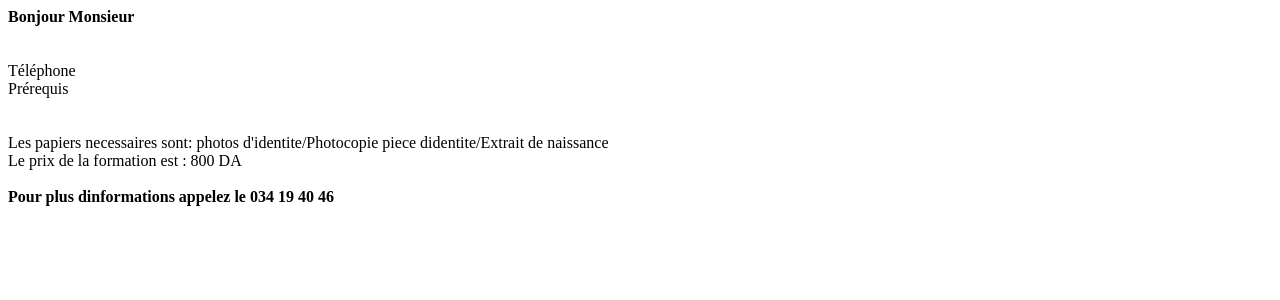
Repository: imouahrani/Gestion-des-stagiaires_JAVAEE
Page: http://localhost/LoginProjet/WEB-INF/Accueil.jsp
An editor plug-in stored every save of this project. The page is shown before and after the next save, followed by the edit.
The browser window is 1280 px wide. The pictures show the whole page.
The page is served by Tomcat 9. Nobody is signed in. Other server files are loaded and not shown. The template is opened directly, without the code that normally fills it, so the values that code supplies are empty.

Above is the page before, as saved 2018-08-02 09:44:09.

### Formation Java Entreprise Edition/LoginProjet/WebContent/WEB-INF/Accueil.jsp
<%@page import="dz.LoginProjet.bean.Inscription"%>
<%@ page language="java" contentType="text/html; charset=UTF-8"
    pageEncoding="UTF-8"%>
<!DOCTYPE html PUBLIC "-//W3C//DTD HTML 4.01 Transitional//EN" "http://www.w3.org/TR/html4/loose.dtd">
<html>
<head>
<meta http-equiv="Content-Type" content="text/html; charset=UTF-8">
<title>Insert title here</title>
</head>
<body>
<% Inscription s = (Inscription)request.getAttribute("ids");

%>
<b style="text-align: center;">
<%="Bonjour Monsieur "%>
${ids.nom}

<%=" " %>
${ids.prenom}

<%="<br>" %>

<%

String message = (String)request.getAttribute("m");
if(message != null)
	out.print(message);

%>
</b>

<%="<br>" %>
<%="<br>" %>
<%="Téléphone " %>
${ids.tel}
<%="<br>" %>

<%="Prérequis " %>
${ids.question}

<%="<br>" %>
<%="<br>" %>
<%="<br>" %>
<%="Les papiers necessaires sont: photos d'identite/Photocopie piece didentite/Extrait de naissance" %>
<%="<br>" %>
<%="Le prix de la formation est : 800 DA" %>
<%="<br>" %><%="<br>" %>
<b style="font-weight: bold; ">
<%="Pour plus dinformations appelez le 034 19 40 46" %>
</b>



</body>
</html>

After the next save:
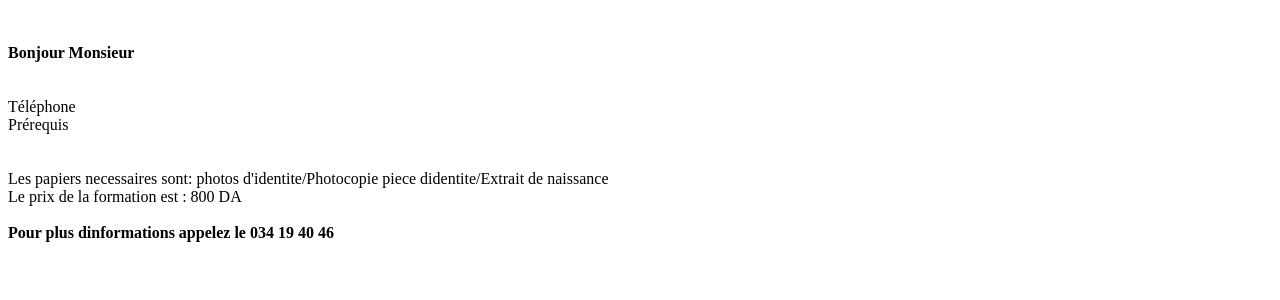
Saved 117 s later.
--- a/Formation Java Entreprise Edition/LoginProjet/WebContent/WEB-INF/Accueil.jsp
+++ b/Formation Java Entreprise Edition/LoginProjet/WebContent/WEB-INF/Accueil.jsp
@@ -11,7 +11,9 @@
 <% Inscription s = (Inscription)request.getAttribute("ids");
 
 %>
+<%="<br>" %><%="<br>" %>
 <b style="text-align: center;">
+
 <%="Bonjour Monsieur "%>
 ${ids.nom}
 
